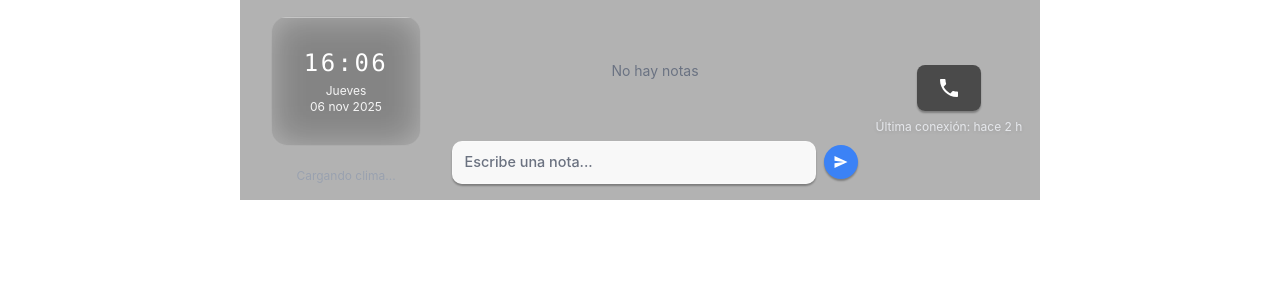
Repository: CodeByEvans/my-romantic-widget
Page: /
An editor plug-in stored every save of this project. The page is shown before and after the next save, followed by the edit.
The browser window is 1280 px wide. The pictures show the whole page.
The page's requests for data from a server got no answer. The project was rebuilt for these pictures with package versions that can differ from the ones it lists, and the page was loaded fresh each time. No one was signed in, and anything a server would have sent is missing. Also part of the build but not shown: vite.config.ts.

Above is the page before, as saved 2025-11-07 12:46:11.

### src/App.tsx
import "./App.css";
import { Clock } from "./components/Clock";
import { WeatherWidget } from "./components/WeatherWidget";
import { NotesList } from "./components/NotesList";
import { NoteInput } from "./components/NoteInput";
import { CallButton } from "./components/CallButton";

function App() {
  return (
    <main data-tauri-drag-region>
      {/* Clima + Reloj */}
      <section className="flex flex-col justify-between items-center h-full w-[180px] gap-2">
        <Clock />
        <WeatherWidget />
      </section>

      {/* Notas + input */}
      <section className="flex flex-col justify-between h-full flex-1">
        <NotesList />
        <NoteInput />
      </section>

      {/* Llamada */}
      <section className="flex flex-col justify-center items-center h-full w-[150px]">
        <CallButton />
        <p className="text-xs text-gray-200 mt-2 drop-shadow-sm">
          Última conexión: hace 2 h
        </p>
      </section>
    </main>
  );
}

export default App;

### src/App.css
@import "tailwindcss";

/* ======== CONFIGURACIÓN BASE ======== */
:root {
  font-family: Inter, Avenir, Helvetica, Arial, sans-serif;
  font-size: 16px;
  line-height: 24px;
  font-weight: 400;
  color: #f6f6f6;
  font-synthesis: none;
  text-rendering: optimizeLegibility;
  -webkit-font-smoothing: antialiased;
  -moz-osx-font-smoothing: grayscale;
  -webkit-text-size-adjust: 100%;
}

[data-theme="glass"] {
  /* Inputs: sólidos para legibilidad */
  --input-bg: rgba(255, 255, 255, 0.9);
  --input-bg-focus: rgba(255, 255, 255, 1);
  --input-border: rgba(255, 255, 255, 0.3);
  --input-border-focus: rgba(59, 130, 246, 0.7);
  --input-glow: rgba(147, 197, 253, 0.4);
  --input-text: #1f2937;
  --input-placeholder: #6b7280;

  /* Botones: color acento fuerte */
  --button-bg: #3b82f6;
  --button-bg-hover: #2563eb;
  --button-border: transparent;
  --button-border-hover: rgba(255, 255, 255, 0.2);
  --button-text: #ffffff;
}

/* ======== ESTILO GLOBAL DE LA APP ======== */
main {
  position: relative;
  width: 800px;
  height: 200px;
  margin: 0 auto;
  display: flex;
  align-items: center;
  justify-content: space-between;
  gap: 1rem;
  padding: 1rem;

  /* Fondo cristal oscuro */
  background: rgba(0, 0, 0, 0.3);
  backdrop-filter: blur(18px) saturate(160%);
  -webkit-app-region: drag; /* Permitir mover la ventana */
}

/* ======== ELEMENTOS ======== */
input,
button {
  border-radius: 8px;
  border: 1px solid transparent;
  padding: 0.6em 1.2em;
  font-size: 1em;
  font-weight: 500;
  font-family: inherit;
  color: #fff;
  background-color: rgba(30, 30, 30, 0.7);
  transition: border-color 0.25s, background-color 0.25s;
  box-shadow: 0 2px 2px rgba(0, 0, 0, 0.3);
  -webkit-app-region: no-drag;
}

button:hover {
  border-color: #396cd8;
}

button:active {
  background-color: rgba(40, 40, 40, 0.7);
}

/* Enlaces */
a {
  font-weight: 500;
  color: #61dafb;
  text-decoration: inherit;
}

a:hover {
  color: #24c8db;
}

/* Otros elementos */
h1 {
  text-align: center;
}

.theme-glass {
  border-radius: 16px;
  border: 1px solid rgba(255, 255, 255, 0.15);
  background: rgba(255, 255, 255, 0.05);
  backdrop-filter: blur(18px) saturate(160%);
  position: relative;
  overflow: hidden;
}

/* Capa de brillo sutil */
.theme-glass::before {
  content: "";
  position: absolute;
  inset: 0;
  background: rgba(255, 255, 255, 0.1);
  opacity: 0;
  transition: opacity 0.5s;
}

.theme-glass:hover::before {
  opacity: 0.2;
}

/* Reflejo superior */
.theme-glass::after {
  content: "";
  position: absolute;
  top: 0;
  left: 0;
  right: 0;
  height: 1px;
  background: rgba(255, 255, 255, 0.4);
}

/* ======== BASE REUTILIZABLE ======== */
.theme-input {
  flex: 1;
  font-size: 0.9rem;
  padding: 0.6em 0.8em;
  border-radius: 10px;
  border: 1px solid var(--input-border);
  background: var(--input-bg);
  color: var(--input-text);
  transition: background 0.3s, border-color 0.3s, color 0.3s, box-shadow 0.3s;
}

.theme-input::placeholder {
  color: var(--input-placeholder);
}

.theme-input:focus {
  outline: none;
  border-color: var(--input-border-focus);
  background: var(--input-bg-focus);
  box-shadow: 0 0 6px var(--input-glow);
}

/* ======== BOTÓN TEMÁTICO ======== */
.theme-button {
  display: flex;
  align-items: center;
  justify-content: center;
  padding: 0.5rem;
  border-radius: 50%;
  border: 1px solid var(--button-border);
  background: var(--button-bg);
  color: var(--button-text);
  transition: background 0.3s, border-color 0.3s, transform 0.2s;
}

.theme-button:hover {
  background: var(--button-bg-hover);
  border-color: var(--button-border-hover);
  transform: scale(1.05);
}

### src/components/Clock.tsx
import { useEffect, useState } from "react";

export const Clock = () => {
  const [time, setTime] = useState(new Date());

  useEffect(() => {
    const interval = setInterval(() => {
      setTime(new Date());
    }, 1000);
    return () => clearInterval(interval);
  }, []);

  const hours = time.getHours().toString().padStart(2, "0");
  const minutes = time.getMinutes().toString().padStart(2, "0");

  const day = time.toLocaleDateString("es-ES", { weekday: "long" });
  const date = time.toLocaleDateString("es-ES", {
    day: "2-digit",
    month: "short",
    year: "numeric",
  });

  return (
    <div className=" rounded-xl  px-3 py-2 flex flex-col items-center justify-center w-[150px] h-[130px] theme-glass ">
      <p className="text-2xl font-mono tracking-widest text-white">
        {hours}:{minutes}
      </p>
      <p className="text-xs text-white-600 mt-1 capitalize">{day}</p>
      <p className="text-xs text-white-500">{date}</p>
    </div>
  );
};

### src/components/WeatherWidget.tsx
import { JSX } from "react";
import { useWeather } from "../hooks/useWeather";
import {
  WiDaySunny,
  WiCloud,
  WiRain,
  WiSnow,
  WiThunderstorm,
  WiFog,
  WiDayHaze,
} from "react-icons/wi";

const weatherStyles: Record<string, { icon: JSX.Element }> = {
  Thunderstorm: {
    icon: <WiThunderstorm size={32} />,
  },
  Drizzle: {
    icon: <WiRain size={32} />,
  },
  Rain: {
    icon: <WiRain size={32} />,
  },
  Snow: {
    icon: <WiSnow size={32} />,
  },
  Mist: {
    icon: <WiFog size={32} />,
  },
  Haze: {
    icon: <WiDayHaze size={32} />,
  },
  Clear: {
    icon: <WiDaySunny size={32} />,
  },
  Clouds: {
    icon: <WiCloud size={32} />,
  },
  Fog: {
    icon: <WiFog size={32} />,
  },
};

export const WeatherWidget = () => {
  const { data, loading, errorWeather } = useWeather();

  if (errorWeather)
    return <div className="text-xs text-red-400">{errorWeather}</div>;
  if (loading || !data)
    return <div className="text-xs text-gray-400">Cargando clima...</div>;

  const [city, info] = Object.entries(data)[0] || [];
  const temp = Math.round(info.main.temp);
  const condition = info.weather[0].main;

  const style = weatherStyles[condition] || weatherStyles["Clouds"];

  return (
    <div
      className={`theme-glass flex flex-col items-center justify-center
                  w-[150px] h-[100px] transition-all duration-500`}
    >
      <div className="flex items-center gap-4">
        <div className="animate-pulse-slow">{style.icon}</div>
        <div className="flex flex-col items-start leading-tight">
          <h2 className="text-xs font-semibold tracking-wide drop-shadow-sm">
            {city}
          </h2>
          <p className="text-lg font-bold drop-shadow-sm">{temp}°C</p>
        </div>
      </div>
    </div>
  );
};

### src/components/NotesList.tsx
import { useRealTimeNotes } from "../hooks/useRealTimeNotes";

export const NotesList = () => {
  const notes = useRealTimeNotes();

  const sortedNotes = [...notes].sort(
    (a, b) =>
      new Date(b.created_at).getTime() - new Date(a.created_at).getTime()
  );

  const noteToShow = sortedNotes[0];
  if (!noteToShow)
    return (
      <div className="flex items-center justify-center h-[110px] text-gray-500 text-sm">
        No hay notas
      </div>
    );

  return (
    <div className="bg-white rounded-xl backdrop-blur-sm shadow-inner p-3 h-[110px] overflow-hidden">
      <div className="flex justify-between items-center mb-1">
        <h3 className="font-semibold text-sm text-gray-700">
          {noteToShow.from}
        </h3>
        <small className="text-xs text-gray-400">
          {new Date(noteToShow.created_at).toLocaleString()}
        </small>
      </div>
      <p className="text-gray-700 text-sm italic line-clamp-3">
        {noteToShow.message}
      </p>
    </div>
  );
};

### src/components/NoteInput.tsx
import { IoMdSend } from "react-icons/io";

export const NoteInput = () => {
  return (
    <form className="flex items-center gap-2 mt-2" data-theme="glass">
      <input
        type="text"
        placeholder="Escribe una nota..."
        className="theme-input"
      />
      <button type="submit" className="theme-button">
        <IoMdSend size={16} />
      </button>
    </form>
  );
};

### src/components/CallButton.tsx
import { IoMdCall } from "react-icons/io";

export const CallButton = () => {
  return (
    <div className="flex flex-col items-center justify-center">
      <button className="p-4 bg-green-500 text-white rounded-full shadow-md hover:bg-green-600 hover:scale-105 transition-transform">
        <IoMdCall size={24} />
      </button>
    </div>
  );
};

### src/hooks/useWeather.ts
import { useEffect, useState } from "react";
import {
  getCityByCoordinates,
  getWeatherByCity,
} from "../services/weatherService";
import { WeatherData } from "../types/weather";
import { useGeolocation } from "./useGeolocation";

export const useWeather = () => {
  const { coords, error } = useGeolocation();
  const [data, setData] = useState<Record<string, WeatherData> | null>(null);
  const [loading, setLoading] = useState<boolean>(false);
  const [errorWeather, setErrorWeather] = useState<string | null>(null);

  useEffect(() => {
    if (error) setErrorWeather(error);
  }, [error]);

  useEffect(() => {
    if (!coords) return;

    const fetchWeather = async () => {
      setLoading(true);
      try {
        const city = await getCityByCoordinates(
          coords.latitude,
          coords.longitude
        );
        const weather = await getWeatherByCity(city[0].name);
        setData({ [city[0].name]: weather });
      } catch (error) {
        console.error(error);
      } finally {
        setLoading(false);
      }
    };

    fetchWeather();
  }, [coords]);

  return { data, loading, errorWeather };
};

### src/hooks/useRealTimeNotes.ts
import { useEffect, useState } from "react";
import z from "zod";
import { supabase } from "../services/supabaseClient";

const noteSchema = z.object({
  id: z.number(),
  from: z.string(),
  message: z.string(),
  created_at: z.string(),
});

type Note = z.infer<typeof noteSchema>;

export const useRealTimeNotes = () => {
  const [notes, setNotes] = useState<Note[]>([]);

  useEffect(() => {
    // Cargar notas iniciales
    supabase
      .from<"notes", Note>("notes")
      .select("*")
      .then(({ data, error }) => {
        if (data) {
          setNotes(data);
          console.log("Notas cargadas:", data);
        } else {
          console.error("Error fetching notes:", error);
        }
      });

    // Suscripción en tiempo real
    const channel = supabase
      .channel("public:notes")
      .on(
        "postgres_changes",
        { event: "*", schema: "public", table: "notes" },
        (payload) => {
          console.log("Cambio dettectado:", payload);

          if (payload.eventType === "INSERT") {
            const newNote = noteSchema.parse(payload.new);
            setNotes((prevNotes) => [...prevNotes, newNote]);
            console.log("Nota añadida:", newNote);
          } else if (payload.eventType === "UPDATE") {
            setNotes((prev) =>
              prev.map((note) =>
                note.id === payload.new.id
                  ? noteSchema.parse(payload.new)
                  : note
              )
            );
          } else if (payload.eventType === "DELETE") {
            setNotes((prev) =>
              prev.filter((note) => note.id !== payload.old.id)
            );
          }
        }
      )
      .subscribe();

    return () => {
      supabase.removeChannel(channel);
    };
  }, []);

  return notes;
};

### src/services/weatherService.ts
import { envs } from "../config/envs";

export const getWeatherByCity = async (city: string) => {
  const response = await fetch(
    `https://api.openweathermap.org/data/2.5/weather?q=${city}&appid=${envs.openWeatherApiKey}&units=metric`
  );

  if (!response.ok) {
    throw new Error("No se pudo obtener el clima");
  }
  return response.json();
};

export const getCityByCoordinates = async (lat: number, lon: number) => {
  const response = await fetch(
    `https://api.openweathermap.org/geo/1.0/reverse?lat=${lat}&lon=${lon}&limit=1&appid=${envs.openWeatherApiKey}`
  );

  if (!response.ok) {
    throw new Error("No se pudo obtener la ciudad");
  }

  return response.json();
};

### src/hooks/useGeolocation.ts
import { useEffect, useState } from "react";

export const useGeolocation = () => {
  const [coords, setCoords] = useState<{
    latitude: number;
    longitude: number;
  } | null>(null);
  const [error, setError] = useState<string | null>(null);

  useEffect(() => {
    if (!navigator.geolocation) {
      setError("Geolocalización no soportada por el navegador");
      return;
    }

    navigator.geolocation.getCurrentPosition(
      (position) => {
        setCoords({
          latitude: position.coords.latitude,
          longitude: position.coords.longitude,
        });
      },
      (err) => {
        setError(`Error obteniendo la geolocalización: ${err.message}`);
      }
    );
  }, []);

  return { coords, error };
};

### src/services/supabaseClient.ts
import { createClient } from "@supabase/supabase-js";
import { envs } from "../config/envs";

export const supabase = createClient(envs.supabaseUrl, envs.supabaseAnonKey, {
  realtime: {
    params: {
      eventsPerSecond: 10,
    },
  },
});

### src/config/envs.ts
import * as z from "zod";

const envSchema = z.object({
  VITE_SUPABASE_URL: z.string().url(),
  VITE_SUPABASE_ANON_KEY: z.string().min(1),
  VITE_OPEN_WEATHER_API_KEY: z.string().min(1),
});

const parsed = envSchema.parse(import.meta.env);

export const envs = {
  supabaseUrl: parsed.VITE_SUPABASE_URL,
  supabaseAnonKey: parsed.VITE_SUPABASE_ANON_KEY,
  openWeatherApiKey: parsed.VITE_OPEN_WEATHER_API_KEY,
};

Loaded but not shown: index.html (common file); src/main.tsx (common file)

After the next save:
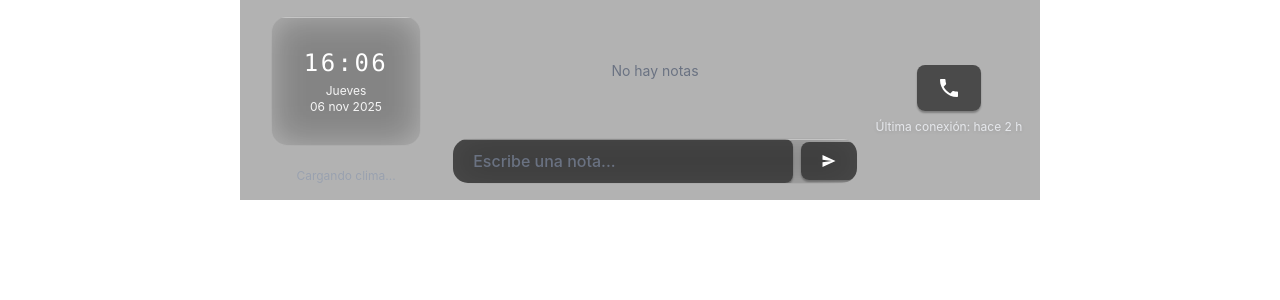
Saved 10 s later.
--- a/src/components/NoteInput.tsx
+++ b/src/components/NoteInput.tsx
@@ -2,13 +2,16 @@ import { IoMdSend } from "react-icons/io";
 
 export const NoteInput = () => {
   return (
-    <form className="flex items-center gap-2 mt-2" data-theme="glass">
+    <form className="flex items-center gap-2 mt-2 theme-glass ">
       <input
         type="text"
         placeholder="Escribe una nota..."
-        className="theme-input"
+        className="flex-1 text-sm px-3 py-2 rounded-lg bg-white text-gray-800 placeholder-gray-500 focus:outline-none focus:ring-2 focus:ring-blue-300 transition-all"
       />
-      <button type="submit" className="theme-button">
+      <button
+        type="submit"
+        className="p-2 bg-blue-500 rounded-full text-white hover:bg-blue-600 transition-colors"
+      >
         <IoMdSend size={16} />
       </button>
     </form>
